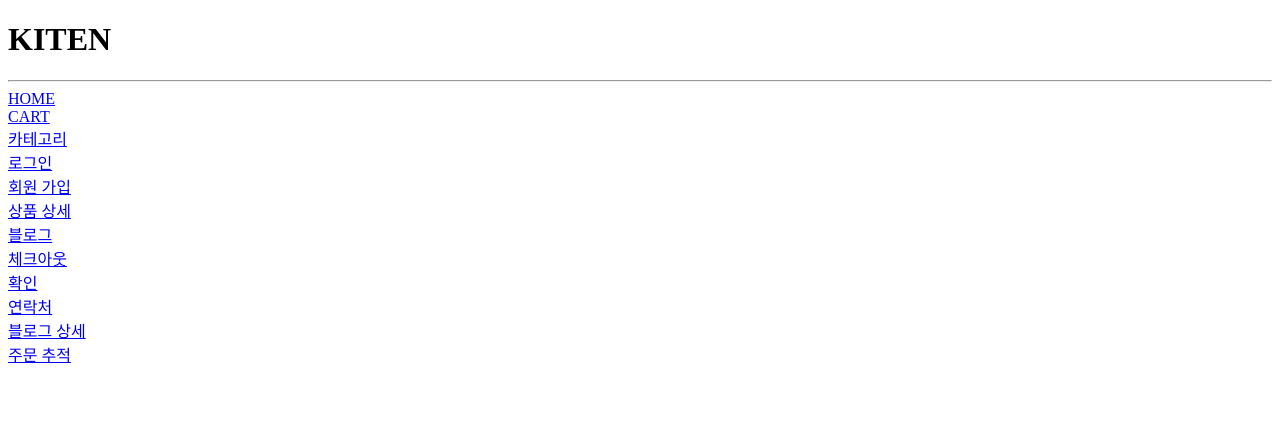
Repository: miniwon/semiProject_KITEN
Page: http://localhost/KITEN/
The author's editor kept a copy of each file at every save. The page is drawn from the files as they stood at one save, then again after the next save.
The browser window is 1280 px wide. The pictures show the whole page.
The page is served by Tomcat 9. Nobody is signed in. The application's start-up code is not run.

Above is the page before, as saved 2022-11-18 06:41:19.

After the next save:
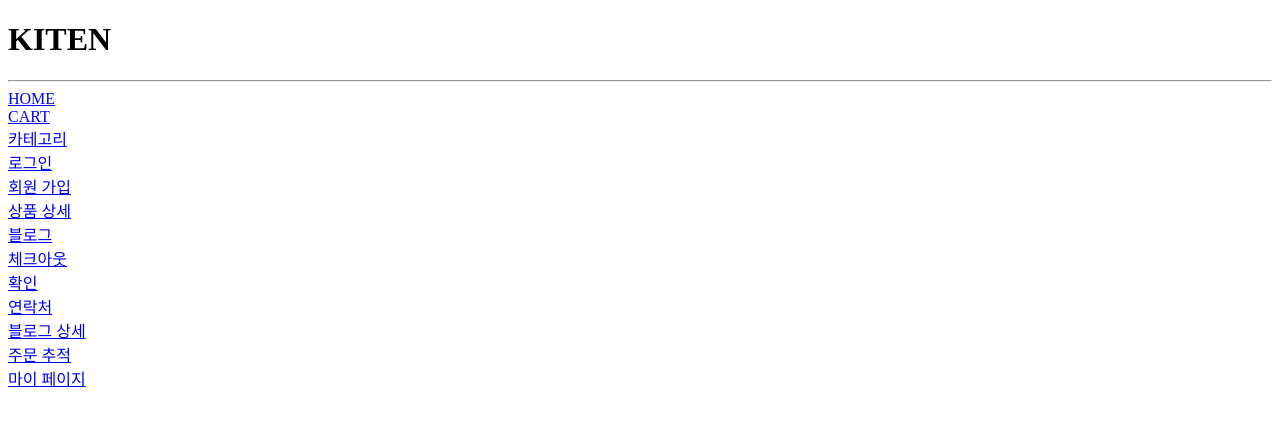
Saved 30 s later.
--- a/KITEN/src/main/webapp/index.jsp
+++ b/KITEN/src/main/webapp/index.jsp
@@ -21,5 +21,6 @@
 	<a href="contact.do">연락처</a><br>
 	<a href="single-blog.do">블로그 상세</a><br>
 	<a href="tracking-order.do">주문 추적</a><br>
+	<a href="mypage.do">마이 페이지</a><br>
 </body>
 </html>
